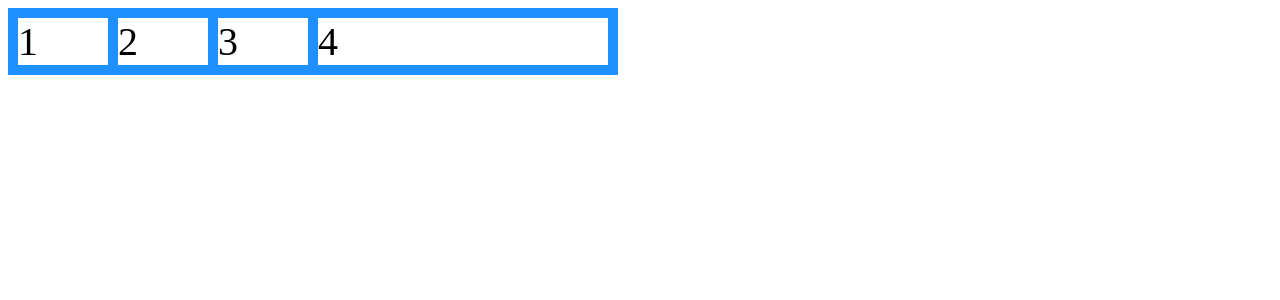
Repository: eversonps/flexbox-grid-css
Page: flexbox/flexbox3.html
An editor plug-in stored every save of this project. The page is shown before and after the next save, followed by the edit.
The browser window is 1280 px wide. The pictures show the whole page.

Above is the page before, as saved 2022-03-23 15:51:57.

### flexbox/flexbox3.html
<!DOCTYPE html>
<html>

<head>
    <meta charset="UTF-8">
    <title>Flexbox #03</title>
    <style>
        div {
            border: solid 5px dodgerblue;
            font-size: 40px;
        }

        .flex-container div {
            box-sizing: border-box;
        }

        .flex-container {
            display: flex;
            flex-direction: row;
        }

        .flex-container div {
            flex-basis: 100px;
            width: 200px; /* vai perder */
        }

        .flex-container div:nth-child(4) {
            /* grow shrink basis */
            flex: 3 6 100px;
        }

        .flex-container {
            width: 300px;
            width: 600px;
        }
    </style>
</head>

<body>
    <div class="flex-container">
        <div>1</div>
        <div>2</div>
        <div>3</div>
        <div>4</div>
    </div>
</body>

</html>

After the next save:
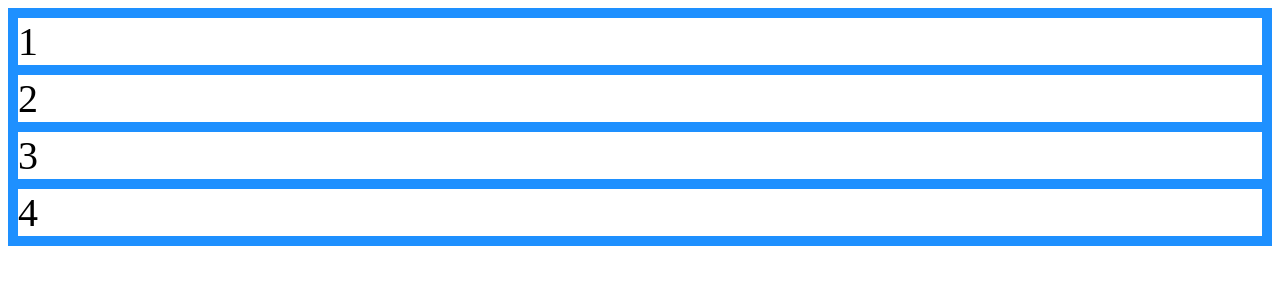
Saved 87 s later.
--- a/flexbox/flexbox3.html
+++ b/flexbox/flexbox3.html
@@ -14,25 +14,6 @@
             box-sizing: border-box;
         }
 
-        .flex-container {
-            display: flex;
-            flex-direction: row;
-        }
-
-        .flex-container div {
-            flex-basis: 100px;
-            width: 200px; /* vai perder */
-        }
-
-        .flex-container div:nth-child(4) {
-            /* grow shrink basis */
-            flex: 3 6 100px;
-        }
-
-        .flex-container {
-            width: 300px;
-            width: 600px;
-        }
     </style>
 </head>
 
